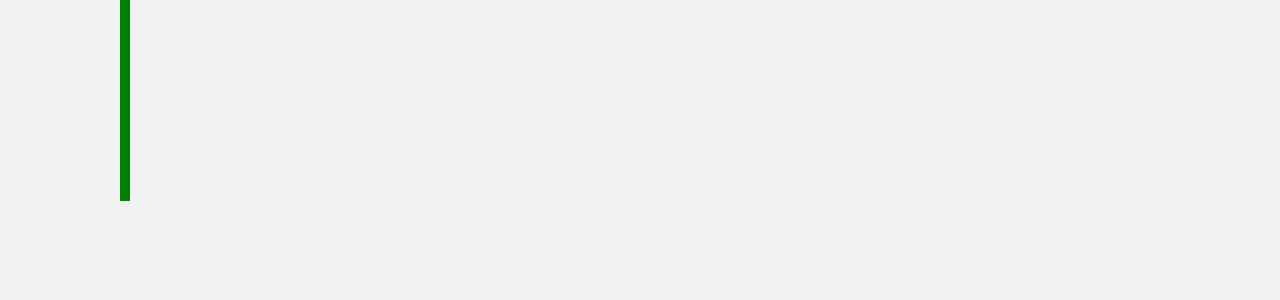
Repository: Littikrai/getF
Page: main.html
The author's editor kept a copy of each file at every save. The page is drawn from the files as they stood at one save, then again after the next save.
The browser window is 1280 px wide. The pictures show the whole page.

Above is the page before, as saved 2019-03-14 16:02:26.

### main.html
<!DOCTYPE html>
<html>
<head>
    <meta charset="utf-8">
    <meta http-equiv="X-UA-Compatible" content="IE=edge">
    <title>Page Title</title>
    <meta name="viewport" content="width=device-width, initial-scale=1">
    <link rel="stylesheet" type="text/css" media="screen" href="main.css">
    <script src="main.js">

    </script>
</head>
<body onload="startGame()">
</body>
</html>

### main.css
button{
    display: block;
    margin:0 auto;
    justify-content: center;
}
html, body {
    width:  100%;
    height: 100%;
    margin: 0;
  }
  canvas {
    background-color: #f1f1f1;
    position:absolute;
    left:0px;
    top:0px;
}

### main.js
var myGamePiece;
var myObstacles = [];
var nisit;
var precentOfHeight = window.innerHeight;
var precentOfWidth = window.innerWidth;
function startGame() {
    nisit = new component(precentOfWidth*0.08, precentOfWidth*0.08, "red", 50, (precentOfHeight-(precentOfWidth*0.08)))
    myGamePiece = new component((precentOfWidth*0.05), (precentOfWidth*0.05), "img/brush.png", 80, 0, "image");
    // myObstacles = new component(10, 200, "green", 120, 0);
    myGameArea.start();
}
window.addEventListener( "keydown", doKeyDown, false);
window.addEventListener( "keyup", doKeyDown, false);

var myGameArea = {
    canvas : document.createElement("canvas"),
    start : function() {
        this.canvas.width = window.innerWidth;
        this.canvas.height =  window.innerHeight;
        this.context = this.canvas.getContext("2d");
        document.body.insertBefore(this.canvas, document.body.childNodes[0]);
        this.interval = setInterval(updateGameArea, 20);

    },
    stop : function() {
        clearInterval(this.interval);
    },
    clear : function() {
        this.context.clearRect(0, 0, this.canvas.width, this.canvas.height);
    }
}

function component(width, height, color, x, y, type) {
    this.type = type;
    if (type == "image") {
        this.image = new Image();
        this.image.src = color;
    }
    this.width = width;
    this.height = height;
    this.x = x;
    this.y = y;
    this.speedX = 0;
    this.speedY = 0;
    this.gravity = 0.05;
    this.gravitySpeed = 0;
    this.update = function() {
        ctx = myGameArea.context;
        if (type == "image") {
            ctx.drawImage(this.image,
                this.x,
                this.y,
                this.width, this.height);
        } else {
            ctx.fillStyle = color;
            ctx.fillRect(this.x, this.y, this.width, this.height);
        }
    }
    this.crashWith = function(otherobj) {
        var myleft = this.x;
        var myright = this.x + (this.width);
        var mytop = this.y;
        var mybottom = this.y + (this.height);
        var otherleft = otherobj.x;
        var otherright = otherobj.x + (otherobj.width);
        var othertop = otherobj.y;
        var otherbottom = otherobj.y + (otherobj.height);
        var crash = true;
        if ((mybottom < othertop) || (mytop > otherbottom) || (myright < otherleft) || (myleft > otherright)) {
            crash = false;
        }
        return crash;
    }
    this.newPos = function() {
        this.gravitySpeed += this.gravity;
        this.x += this.speedX;
        this.y += this.speedY + this.gravitySpeed;
    }

}

function updateGameArea() {
    var x = 20;
    myObstacles = new component(10, 200, "green", 120, 0);
    myObstacles.newPos();
    myObstacles.update();

    // for (i = 0; i <20; i++) {
    //         // myObstacles[i].x += 5;
    //         myObstacles.newPos();
    //         myObstacles.update();
    //  }
    // var x, y;
    // for (i = 0; i < myObstacles.length; i += 1) {
    //     if (nisit.crashWith(myObstacles[i])) {
    //         myGameArea.stop();
    //         return;
    //     }
    // }
    // myGameArea.clear();
    // myGameArea.frameNo += 1;
    // if (myGameArea.frameNo == 1 || everyinterval(150)) {
    //     x = myGameArea.canvas.width;
    //     y = myGameArea.canvas.height - 200;
    //     myObstacles.push(new component(10, 200, "green", x, y));
    //     // myObstacles.push(new component((precentOfWidth*0.05), (precentOfWidth*0.05), "img/brush.png", 80, 0, "image"));
    // }
    // for (i = 0; i < myObstacles.length; i += 1) {
    //     myObstacles[i].x += -1;
    //     myObstacles.newPos();
    //     myObstacles[i].update();
    // }
    // nisit.update();
    // nisit.x += nisit.speedX;
    // nisit.y += nisit.speedY;
}


function everyinterval(n) {
    if ((myGameArea.frameNo / n) % 1 == 0) {return true;}
    return false;
}


// function updateGameArea() {
//     if (myGamePiece.crashWith(myObstacle)) {
//         myGameArea.stop();
//     } else {
//         myGameArea.clear();
//         nisit.update();
//         nisit.x += nisit.speedX;
//         nisit.y += nisit.speedY;
//         myObstacle.update();
//         myGamePiece.newPos();
//         myGamePiece.update();

//     }
// }
function doKeyDown(e) {
    if(e.type=='keydown'){
        if(e.keyCode==37){

            nisit.speedX = -5;
            return false;
        }
        else if(e.keyCode==39){

            nisit.speedX = 5;
            return false;
        }
    }else if(e.type=='keyup'){
        clearmove()
        return false;
    }
    return true;
}

function clearmove() {
    console.log("llll")
    nisit.speedX = 0;
    nisit.speedY = 0;
}
// document.body.onkeydown = function(e){
//     alert(String.fromCharCode(e.keyCode)+" --> "+e.keyCode);
// };

After the next save:
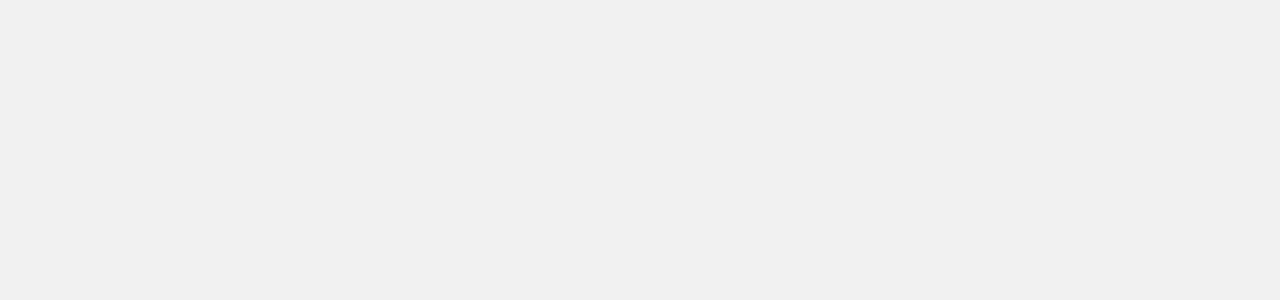
Console error: TypeError: myObstacles.newPos is not a function
Saved 25 s later.
--- a/main.js
+++ b/main.js
@@ -81,7 +81,7 @@
 
 function updateGameArea() {
     var x = 20;
-    myObstacles = new component(10, 200, "green", 120, 0);
+    // myObstacles = new component(10, 200, "green", 120, 0);
     myObstacles.newPos();
     myObstacles.update();
 

After the save that followed:
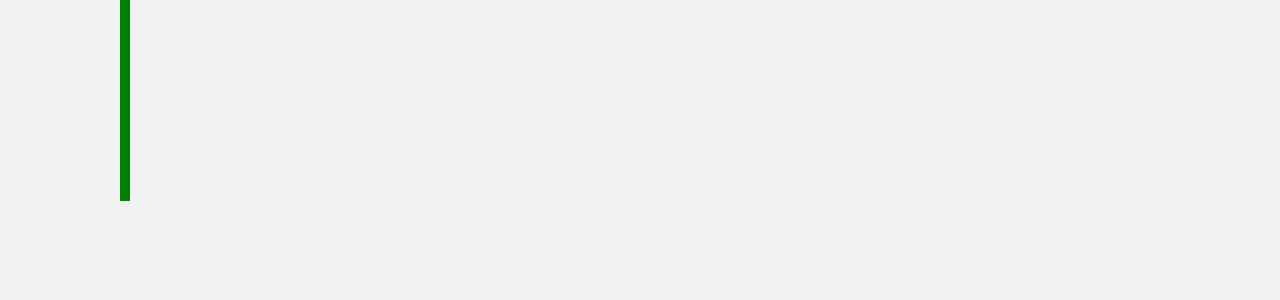
The error is gone.
Saved 5 s later.
--- a/main.js
+++ b/main.js
@@ -81,7 +81,7 @@
 
 function updateGameArea() {
     var x = 20;
-    // myObstacles = new component(10, 200, "green", 120, 0);
+    myObstacles = new component(10, 200, "green", 120, 0);
     myObstacles.newPos();
     myObstacles.update();
 
